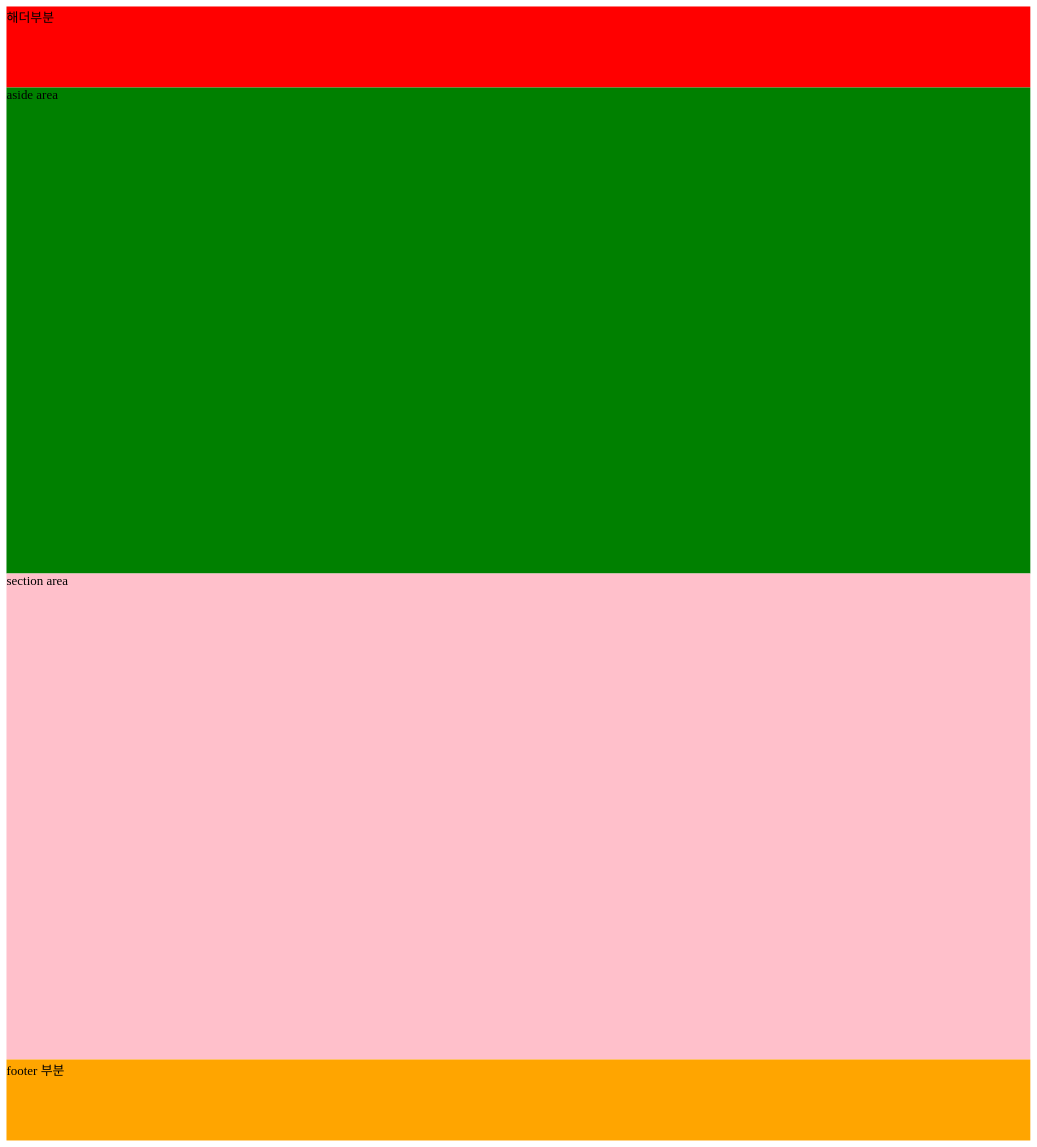
Repository: Jooheehan-kopo/web-workspace
Page: Lecture-web/WebContent/css/exam14.html
The author's editor kept a copy of each file at every save. The page is drawn from the files as they stood at one save, then again after the next save.
The browser window is 1280 px wide. The pictures show the whole page, at 81% of full size.

Above is the page before, as saved 2021-06-11 03:07:44.

After the next save:
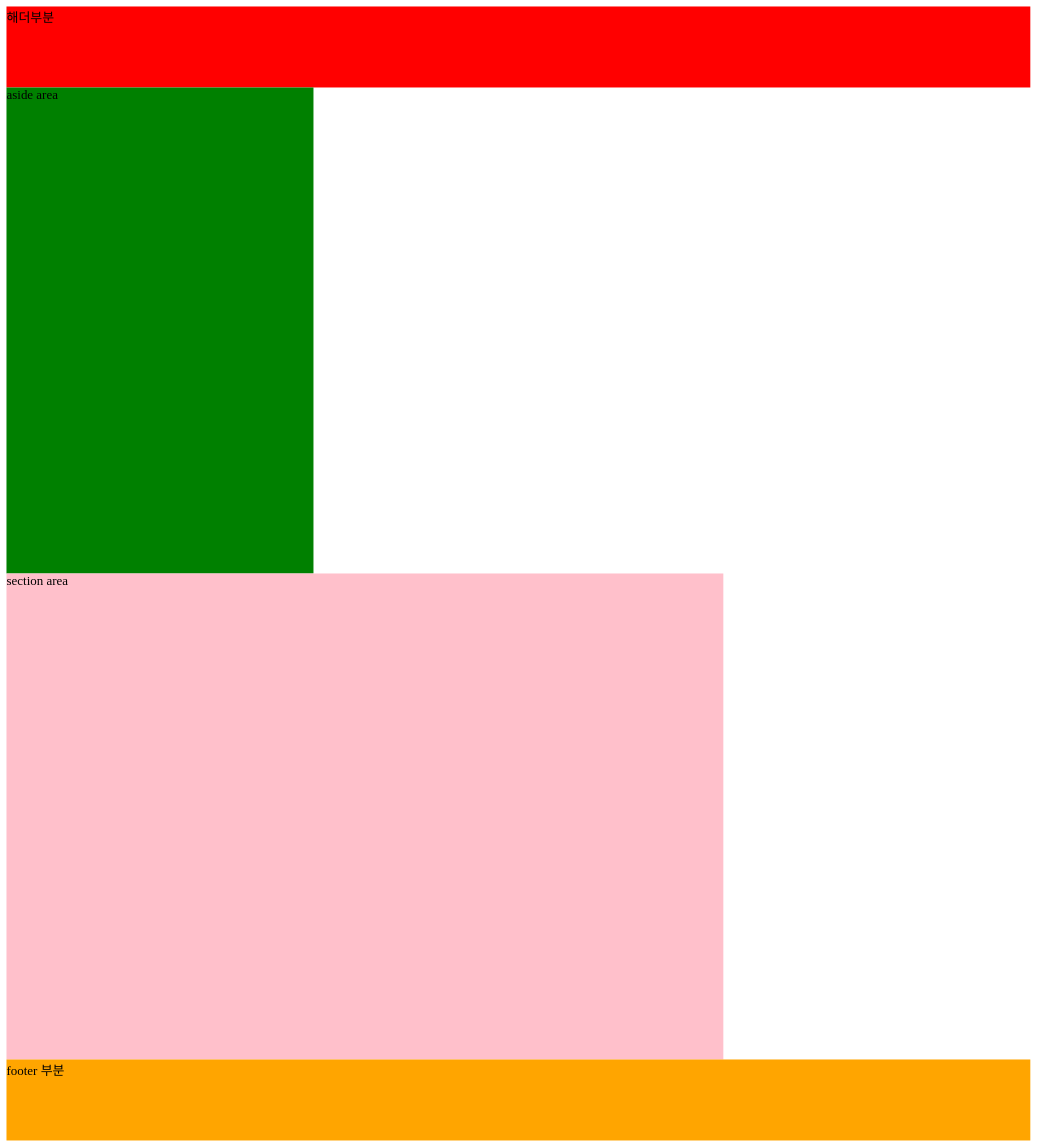
Saved 52 s later.
--- a/Lecture-web/WebContent/css/exam14.html
+++ b/Lecture-web/WebContent/css/exam14.html
@@ -11,10 +11,12 @@
 aside{
 background-color: green;
 height:600px;
+width:30%;
 }
 section{
 background-color: pink;
 height:600px;
+width:70%;
 }
 footer{
 background-color: orange;
